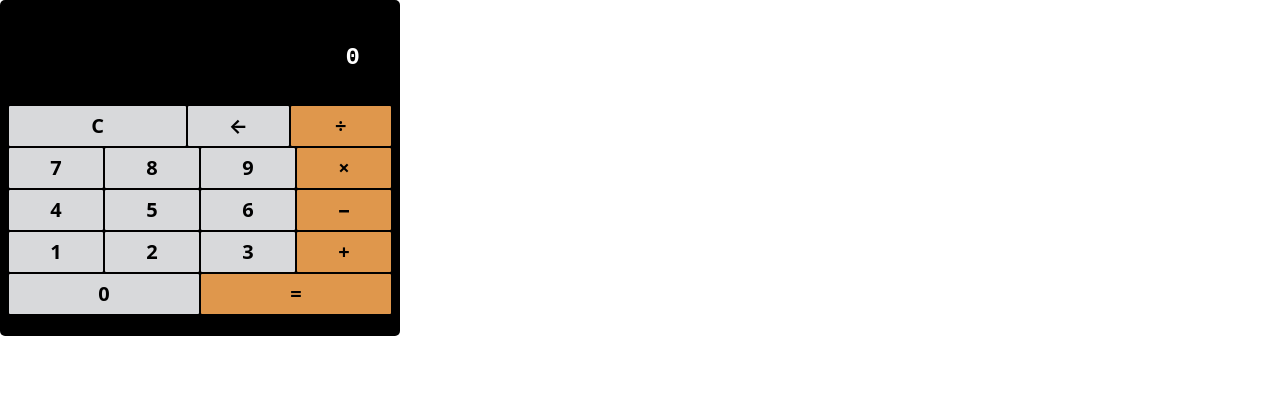
Repository: jgramirez0210/LAB-calculator
Page: index.html
The author's editor kept a copy of each file at every save. The page is drawn from the files as they stood at one save, then again after the next save.
The browser window is 1280 px wide. The pictures show the whole page.

Above is the page before, as saved 2023-10-10 21:26:47.

After the next save:
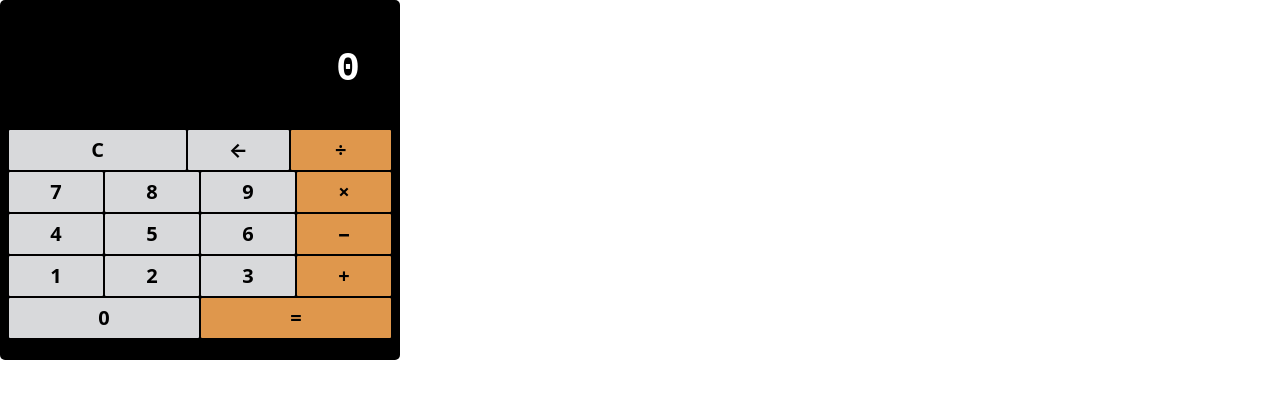
Saved 19 s later.
--- a/main.css
+++ b/main.css
@@ -17,7 +17,7 @@
   background-color: black;
   color: white;
   padding: 20px;
-  font-size: 24px;
+  font-size: 40px;
   margin-bottom: 10px;
   text-align: right;
 }
